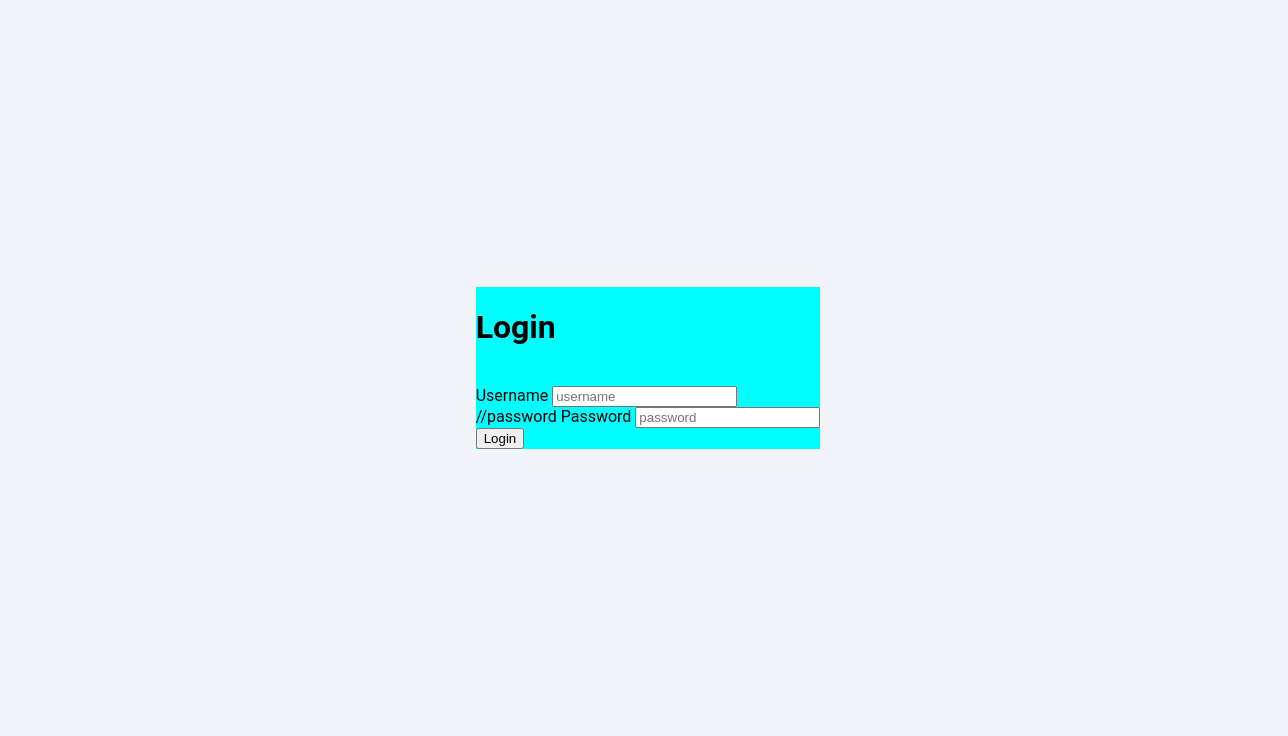
Repository: musdalifahzahra/Projek-Akhir-PWD-2026
Page: http://localhost/1-login.php
An editor plug-in stored every save of this project. The page is shown before and after the next save, followed by the edit.
The browser window is 1280 px wide. The page is 1288 px wide, so the pictures cover 1288 px, including what lies to the right of the window. The pictures show the whole page.
The page is run by PHP 8.4 with error messages shown; the project is at /var/www/html/.

Above is the page before, as saved 2026-04-10 20:30:47.

### 1-login.php
<?php
session_start();
$error = false;

if ($_SERVER["REQUEST_METHOD"] == "POST") {
    //php variabel
    $username = $_post["username"];
    $password = $_post["password"];

    //cek informasi login
    if ($username === "a" and $password === "a") {
        $_SESSION["username"] = $_POST["username"];
        $_SESSION["password"] = $_POST["password"];
        exit();
    } else {
        $error = true;
    }
}
?>

<!DOCTYPE html>
<html lang="en">

<head>
    <meta charset="UTF-8">
    <meta name="viewport" content="width=device-width, initial-scale=1.0">
    <title>Document</title>
    <link rel="stylesheet" href="template-css.css">
    <link rel="stylesheet" href="1-login-css.css">
</head>

<body>
    <div class="login">
        <h1>Login</h1> <br>
        <div class="form_login">
            <form action="2-dashboard.php" method="post">
                <!-- username -->
                <label for="username">Username</label>
                <input type="text" name="username" id="username" placeholder="username"><br>
                //password
                <label for="password">Password</label>
                <input type="text" name="password" id="password" placeholder="password">
                <div class="pesan_error">
                    <?php if ($error === true) { ?>
                        <span>Ussername atau Password salah</span>
                    <?php } ?>
                </div>
                <button type="submit">Login</button>
            </form>
        </div>
    </div>
</body>

</html>

### template-css.css
:root {
  --color-nav: #1e293b;
  --color-bag-web: #F1F5F9;
  --color-card: #ffffff;
  --color-belum-dipencet: #94a3b8;
  --color-kurson: #cbd5e1;
  --color-tulisan-utama: #334155;
  --color-pemasukan: #10b981;
  --color-pengeluaran: #ef4444;
  --color-border: #e2e8f0;
  --color-border-card: #cbd5e1;
  --color-input: #F8FAFC;
}

body {
  font-family: "Roboto", sans-serif;
}

nav {
  background-color: var(--color-nav);
  height: 60px;
  display: flex;
  align-items: center;
  justify-content: space-between;
  padding: 0px 50px;
  z-index: 1;
}

nav span {
  color: var(--color-card);
}

nav ul {
  padding: 0px;
  margin: 0px;
  display: flex;
  gap: 20px;
}
nav li {
  margin-right: 5px;
  display: inline;
  font-style: none;
}

nav a {
  color: var(--color-belum-dipencet);
  text-decoration: none;
}

.nav-active {
  color: var(--color-card);
  text-decoration: underline;
  text-underline-offset: 5px;
}

nav a:hover {
  color: var(--color-kurson);
}
body {
  background-color: var(--color-bag-web);
}

### 1-login-css.css
body {
  height: 100vh;
  width: 100%;
  display: flex;
  justify-content: center;
  align-items: center;
}

.login{
    background-color: aqua;
}

After the next save:
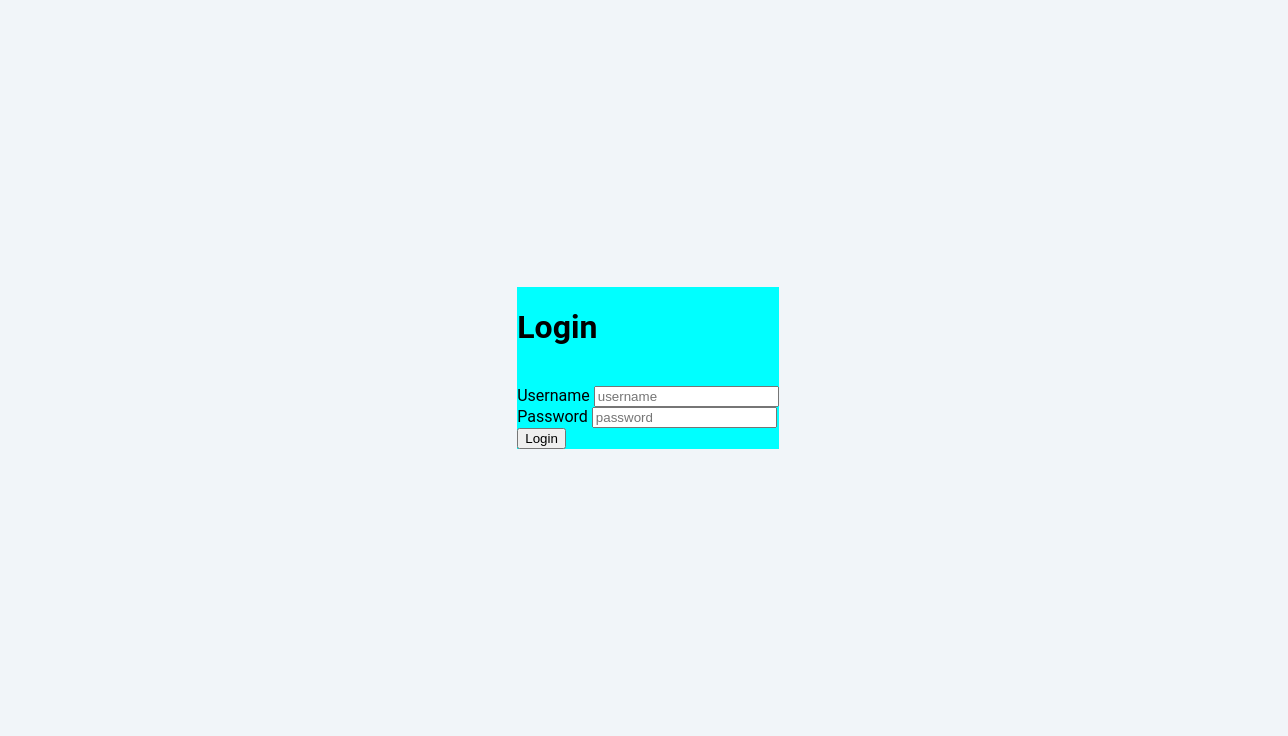
Saved 5 s later.
--- a/1-login.php
+++ b/1-login.php
@@ -37,7 +37,7 @@ if ($_SERVER["REQUEST_METHOD"] == "POST") {
                 <!-- username -->
                 <label for="username">Username</label>
                 <input type="text" name="username" id="username" placeholder="username"><br>
-                //password
+                <!-- password -->
                 <label for="password">Password</label>
                 <input type="text" name="password" id="password" placeholder="password">
                 <div class="pesan_error">
